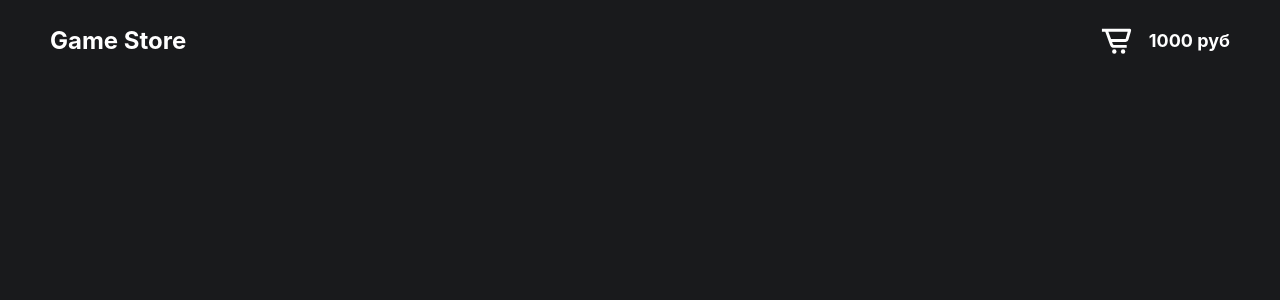
Repository: Minkeani/GameStore
Page: /
These files come from the project's save history. The page is drawn as it stood at one moment and after the next save; the edit follows.
The browser window is 1280 px wide. The pictures show the whole page.
The project was rebuilt for these pictures with package versions that can differ from the ones it lists, and the page was loaded fresh each time.

Above is the page before, as saved 2022-09-06 21:07:33.

### src/index.js
import React from 'react';
import ReactDOM from 'react-dom/client';
import './index.css';
import App from './App';
import reportWebVitals from './reportWebVitals';

const root = ReactDOM.createRoot(document.getElementById('root'));
root.render(
    <App />
);

### src/index.css
body {
  margin: 0;
  font-family: -apple-system, BlinkMacSystemFont, 'Segoe UI', 'Roboto', 'Oxygen',
    'Ubuntu', 'Cantarell', 'Fira Sans', 'Droid Sans', 'Helvetica Neue',
    sans-serif;
  -webkit-font-smoothing: antialiased;
  -moz-osx-font-smoothing: grayscale;
  background: rgb(25, 26, 28)
}

code {
  font-family: source-code-pro, Menlo, Monaco, Consolas, 'Courier New',
    monospace;
}

.App {
  max-width: 1180px;
  padding: 0 40px;
  color: white;
  margin: 0 auto;
}

a {
  color: white;
  text-decoration: none
}

### src/App.js
import {
  BrowserRouter,
  Routes,
  Route,
} from "react-router-dom";
import Header from "./components/Header/Header";
import HomePage from "./pages/HomePage/HomePage";


function App() {
  return (
    <BrowserRouter>
      <div className="App">
        <Header/>
      <Routes>
        <Route path="/" element={<HomePage />} />
      </Routes>
      </div>
    </BrowserRouter>

  );
}

export default App;

### src/components/Header/Header.js
import React from 'react'
import { Link } from 'react-router-dom'
import CartBlock from '../CartBlock/CartBlock'
import './Header.css'

export default function Header() {
  return (
    <div className="header">
      <div className="wrapper">
            <Link to='/' className='header__store-title'>Game Store</Link>
      </div>
      <div className="wrapper header__cart-btn-wrapper">
        <CartBlock/>
      </div>
    </div>
  )
}

### src/pages/HomePage/HomePage.js
import React from 'react'

export default function HomePage() {
  return (
    <div>

    </div>
  )
}

### src/components/CartBlock/CartBlock.jsx
import React from 'react'
import './CartBlock.css'
import {BiCartAlt} from 'react-icons/bi'

export default function CartBlock() {
  return (
    <div className="cart-block">
      <BiCartAlt size={35}  className="cart-icon"/>
      <span className="total-price">1000 руб</span>
    </div>
  )
}

### src/components/Header/Header.css
.header {
    height: 80px;
    display: flex;
    align-items: center;
    justify-content: space-between;
    margin-bottom: 30px;
}

.wrapper {
    display: flex;
    flex-grow: 1;
}

.header__store-title {
    color: white;
    text-decoration: none;
    font-size: 24px;
    font-weight: bold;
}

.header__cart-btn-wrapper {
    justify-content: flex-end;
}

### src/components/CartBlock/CartBlock.css
.cart-block {
    display: flex;
    align-items: center;
    position: relative;
}

.total-price {
    margin-left: 15px;
    font-size: 18px;
    font-weight: bold;
}

.cart-icon {
    cursor: pointer;
    position: relative;
}

Loaded but not shown: public/index.html (common file); src/reportWebVitals.js (common file)

After the next save:
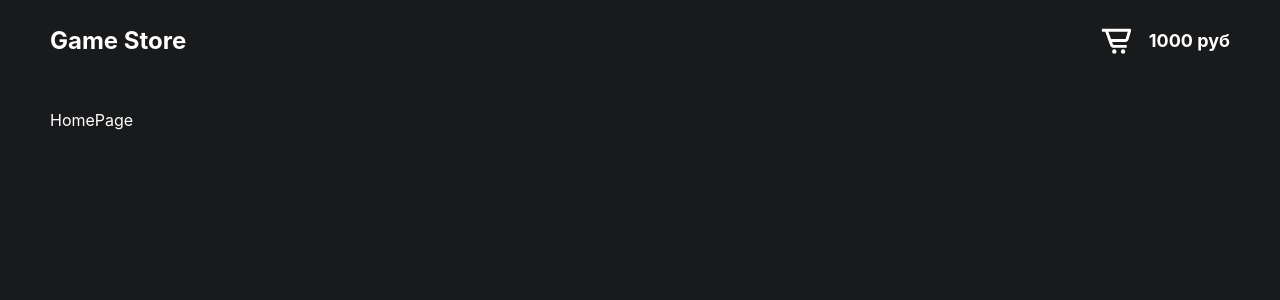
Saved 2 min 27 s later.
--- a/src/pages/HomePage/HomePage.js
+++ b/src/pages/HomePage/HomePage.js
@@ -1,9 +1,67 @@
 import React from 'react'
 
 export default function HomePage() {
+
+  const GAMES = [
+    {
+        image: '/game-covers/forza_5.jpeg',
+        title: 'Forza Horizon 5',
+        genres: ['Гонки', 'Симулятор', 'Открытый мир'],
+        price: 2343,
+        video: 'https://www.youtube.com/embed/FYH9n37B7Yw',
+        id: 1,
+        description: "Вас ждёт бесконечный калейдоскоп приключений Horizon! Совершайте увлекательные поездки по невероятно красивому и самобытному миру Мексики за рулём величайших автомобилей в истории. Начните своё приключение Horizon уже сегодня, добавив игру в свой список желаний!",
+    },
+    {
+        image: '/game-covers/battlefield_2042.jpg',
+        title: 'Battlefield 2042',
+        genres: ['Экшен', 'Шутер', 'Война'],
+        video: 'https://www.youtube.com/embed/ASzOzrB-a9E',
+        price: 2433,
+        id: 2,
+        description: 'Battlefield™ 2042 — это шутер от первого лица, в котором серия возвращается к легендарным масштабным сражениям. В будущем, где царит хаос, адаптируйтесь и процветайте на постоянно меняющихся полях боя благодаря своему отряду и арсеналу новейших технологий.'
+    },
+    {
+        image: '/game-covers/life_is_strange_true_colors.jpeg',
+        title: 'Life is Strange True Colors',
+        genres: ['Глубокий сюжет', 'Протагонистка'],
+        video: 'https://www.youtube.com/embed/b6CkzwVAr0M',
+        price: 3021,
+        id: 3,
+        description: 'Алекс Чэнь от всех скрывает своё «проклятие» — сверхъестественную способность считывать сильные эмоции других и влиять на них. Но когда её брат погибает — якобы в результате несчастного случая, — Алекс использует её, чтобы узнать правду.'
+    },
+    {
+        image: '/game-covers/gta_v.jpeg',
+        title: 'Grand Theft Auto V',
+        genres: ['Открытый мир', 'Экшен'],
+        video: 'https://www.youtube.com/embed/QkkoHAzjnUs',
+        price: 789,
+        id: 4,
+        description: 'Grand Theft Auto V для PC позволяет игрокам исследовать знаменитый мир Лос-Сантоса и округа Блэйн в разрешении до 4k и выше с частотой 60 кадров в секунду.'
+    },
+    {
+        image: '/game-covers/rainbow_siege.jpeg',
+        title: 'Tom Clancy\'s Rainbow Six® Siege',
+        video: 'https://www.youtube.com/embed/6wlvYh0h63k',
+        genres: ['Тактика', 'Шутер'],
+        price: 982,
+        id: 5,
+        description: 'Tom Clancy\'s Rainbow Six Осада – это продолжение нашумевшего шутера от первого лица, разработанного студией Ubisoft Montreal.'
+    },
+    {
+        image: '/game-covers/assassins_creed_valhalla.png',
+        title: 'Assassin’s Creed Valhalla',
+        genres: ['Паркур', 'РПГ', 'Открытый мир'],
+        video: 'https://www.youtube.com/embed/ssrNcwxALS4',
+        price: 2863,
+        id: 6,
+        description: 'Assassin’s Creed Valhalla — мультиплатформенная компьютерная игра в жанре action/RPG, разработанная студией Ubisoft Montreal под издательством компании Ubisoft. Является двенадцатой игрой в серии игр Assassin’s Creed.'
+    },
+]
+
   return (
     <div>
-
+      HomePage
     </div>
   )
 }
